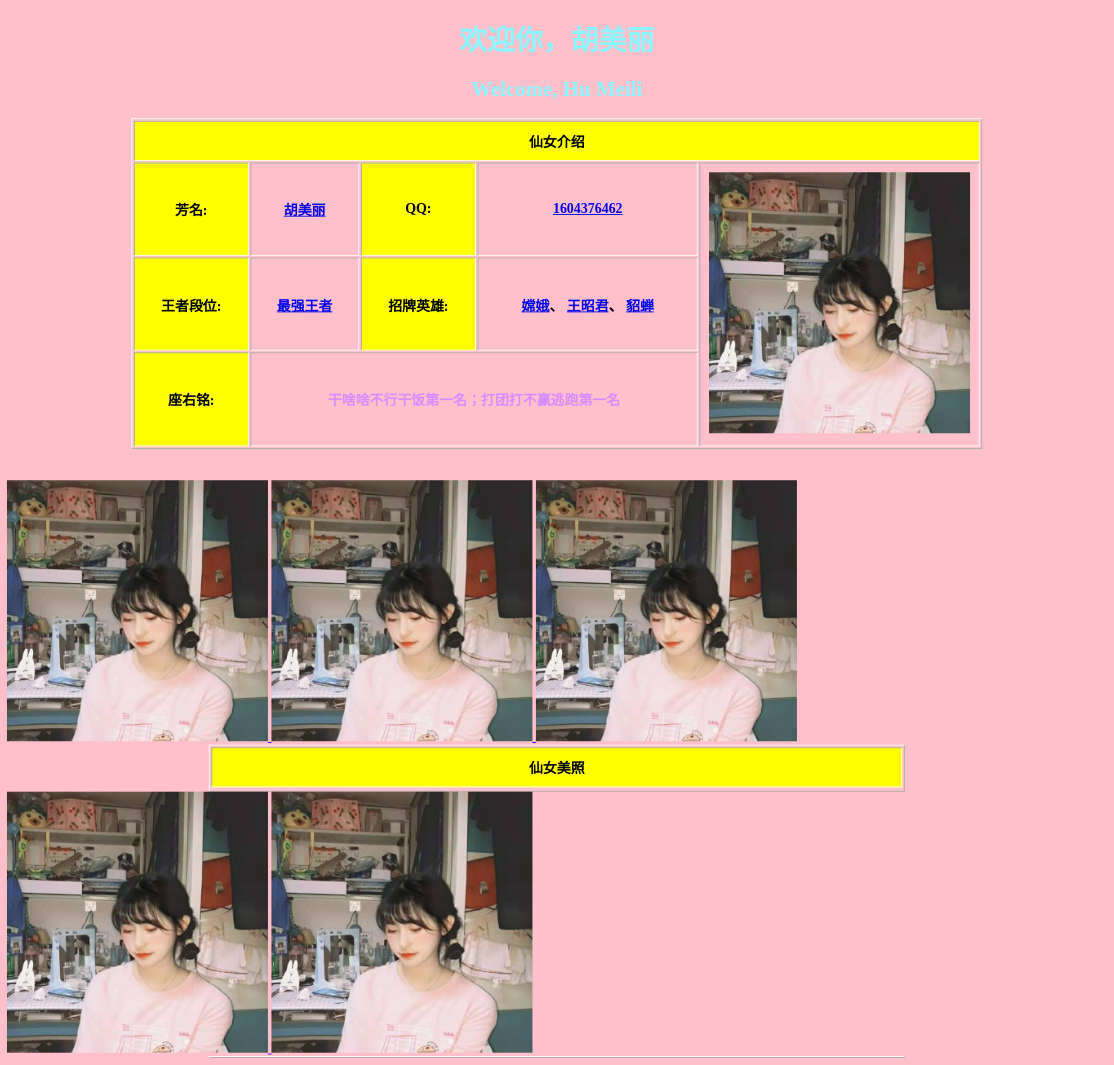
Repository: NanmeiYC/NanmeiYC.github.io
Page: ceshi2.html
These files come from the project's save history. The page is drawn as it stood at one moment and after a run of saves; the edit follows.
The browser window is 1280 px wide. The pictures show the whole page, at 87% of full size.

Above is the page before, as saved 2021-05-29 03:07:40.

After the next 5 saves:
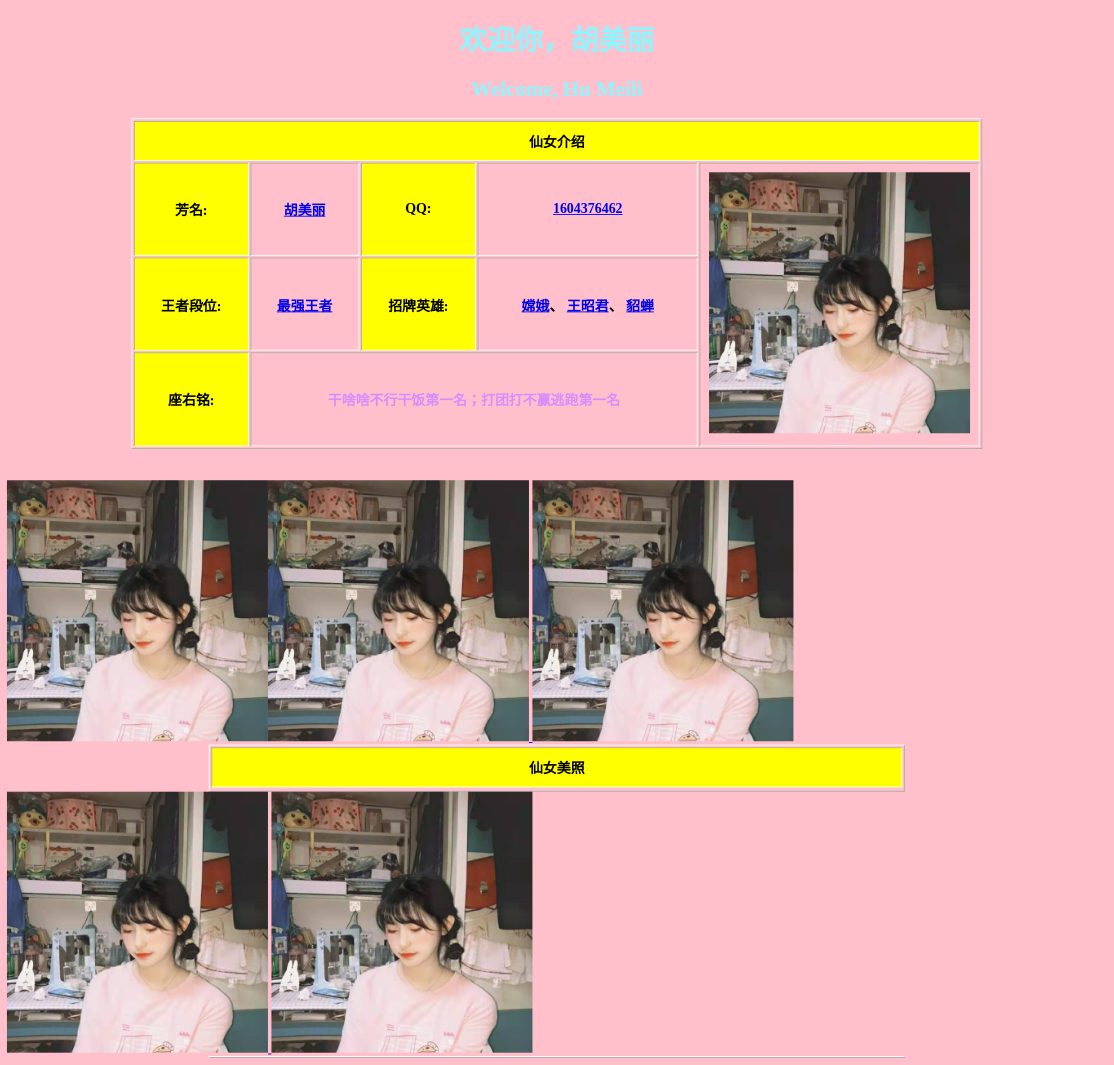
The 5 saves are shown as one change because they came seconds apart.
The last was saved 24 s later.
--- a/ceshi2.html
+++ b/ceshi2.html
@@ -42,9 +42,9 @@
             <th colspan="9" bgcolor="yellow">仙女美照</th>
         </tr>
         <tr align="center">
-            <th1 rowspan="3" width="100" <p><a href="humeili.html"><img border="0" src="images\胡美丽主.jpg" width="300px" height="300px"></th>
-            <th2 rowspan="3" width="100" <p><a href="humeili.html"><img border="0" src="images\胡美丽主.jpg" width="300px" height="300px"></th>
-            <th3 rowspan="3" width="100" <p><a href="humeili.html"><img border="0" src="images\胡美丽主.jpg" width="300px" height="300px"></th>
+            <th1 rowspan="3" width="100" <p><a href="humeili.html"><img border="0" src="images\胡美丽主.jpg" width="300px" height="300px"></th1>
+            <th2 rowspan="3" width="100" <p><a href="humeili.html"><img border="0" src="images\胡美丽主.jpg" width="300px" height="300px"></th2>
+            <th3 rowspan="3" width="100" <p><a href="humeili.html"><img border="0" src="images\胡美丽主.jpg" width="300px" height="300px"></th3>
         </tr>
         <table border="1" align="center" cellpadding="10" width="800" style="border-color:rgb(255, 255, 255);">
         <tr align="center">
